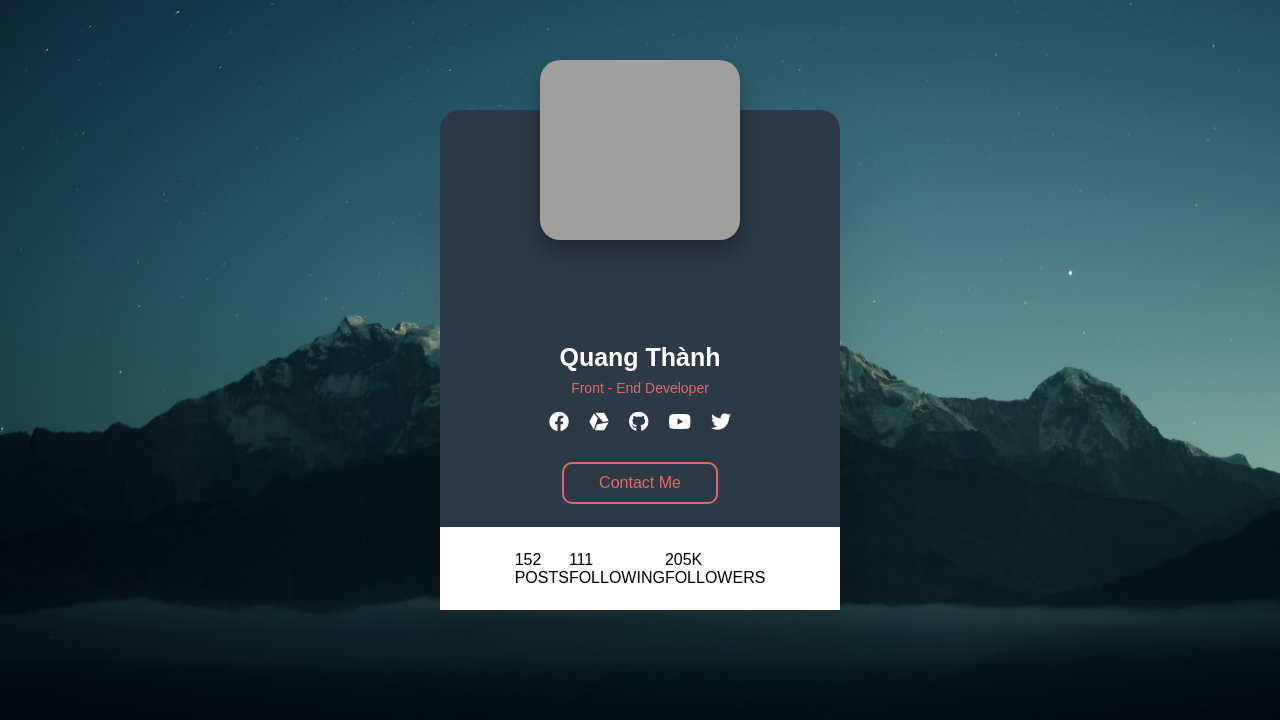
Repository: QuangThanh152/Profile-me
Page: index.html
These files come from the project's save history. The page is drawn as it stood at one moment and after the next save; the edit follows.
The browser window is 1280 px wide. The pictures show the whole page.
Pictures or frames that could not be fetched are drawn as grey boxes.

Above is the page before, as saved 2022-10-07 16:05:15.

### index.html
<!DOCTYPE html>
<html lang="en">
<head>
    <meta charset="UTF-8">
    <meta http-equiv="X-UA-Compatible" content="IE=edge">
    <meta name="viewport" content="width=device-width, initial-scale=1.0">
    <link rel="stylesheet" href="./accets/font/fontawesome-free-6.1.2-web/css/all.min.css">
    <link rel="stylesheet" href="./accets/main.css">
    <title>Profile-QT</title>
</head>
<body>
    <div class="card">
        <div class="card-header">
            <img src="./accets/img/IMG_20220202_135645.jpg" alt="" class="img-me">
        </div>
        <div class="content">
            <div class="name">Quang Thành</div>
            <div class="desc">Front - End Developer</div>
            <div class="SocialNetwork">
                <a href="" class="icon"><i class="fa-brands fa-facebook"></i></a>
                <a href="" class="icon"><i class="fa-brands fa-instalod"></i></i></a>
                <a href="" class="icon"><i class="fa-brands fa-github"></i></i></a>
                <a href="" class="icon"><i class="fa-brands fa-youtube"></i></i></a>
                <a href="" class="icon"><i class="fa-brands fa-twitter"></i></i></a>
            </div>
            <a href="" class="btn-contact">Contact Me</a>
        </div>
        <div class="card-footer">
            <div class="number">
                <div class="item">
                    <span>152</span>
                    Posts
                </div>
            </div>
            <div class="number">
                <div class="item">
                    <span>111</span>
                    Following
                </div>
            </div>
            <div class="number">
                <div class="item">
                    <span>205K</span>
                    Followers
                </div>
            </div>
        </div>
    </div>
</body>
</html>

### accets/main.css
* {
    padding: 0;
    margin: 0;
    box-sizing: border-box;
    font-family: 'Poppins', sans-serif;
    text-decoration: none;
}

body {
    min-height: 100vh;
    background: url(/accets/img/img-big.jpg) no-repeat center;
    background-size: cover;
    display: flex;
    justify-content: center;
    align-items: center;
}

.card {
    position: relative;
    width: 400px;
    /* height: 190px; */
    height: 500px;
    border-radius: 20px;
    background: #2c3a47;
    transition: 0.2s;
    box-shadow: 0 35px 80px rgba(0,0,0,0.15);
    /* overflow: hidden; */
}
.card:hover {
    height: 500px;
}
.card-header {
    position: absolute;
    background: rgb(21, 19, 19);
    left: 50%;
    top: -50px;
    transform: translateX(-50%);
    width: 200px;
    height: 180px;
    border-radius: 20px;
    box-shadow: 0 10px 20px rgba(0,0,0,0.35);
    overflow: hidden;
    transition: 0.3s;
}
.card:hover .card-header {
    width: 250px;
    height: 250px;
    transition: 0.2s;
}
.img-me {
    position: absolute;
    top: 0;
    left: 0;
    width: 100%;
    height: 100%;
    object-fit: cover;
}
.content {
    position: absolute;
    top: 45%;
    text-align: center;
    align-items: center;
    left: 50%;
    transform: translateX(-50%);
}
.name {
    font-size: 25px;
    font-weight: 600;
    padding: 8px;
    color: #fff;
}
.desc {
    font-size: 14px;
    padding: 0 0 15px 0;
    color: #e66767;
}
.SocialNetwork {
    display: flex;
    justify-content: center;
    margin: 0 0 18px 0;
}
.SocialNetwork a{
    font-size: 20px;
    color: white;
    padding: 0 10px 0;
}
.SocialNetwork a:hover {
    color: #e66767;
}

.btn-contact {
    display: inline-block;
    font-size: 16px;
    padding: 10px 35px;
    border: 2px solid #e66767;
    border-radius: 10px;
    color: #e66767;
    margin-top: 10px;
}
.btn-contact:hover {
    background-color: #e66767;
    color: #f2f2f2;
}
.card-footer{
    position: absolute;
    display: flex;
    justify-content: center;
    align-items: center;
    bottom: 0;
    background: #fff;
    width: 100%;
    height: 83px;
}
.number{
    display: flex;
    align-items: center;
}
.item{
    flex: 1;
    justify-content: space-between;

    text-transform: uppercase;
}
.item span {
    display: block;
}

Loaded but not shown: accets/font/fontawesome-free-6.1.2-web/css/all.min.css (library)

After the next save:
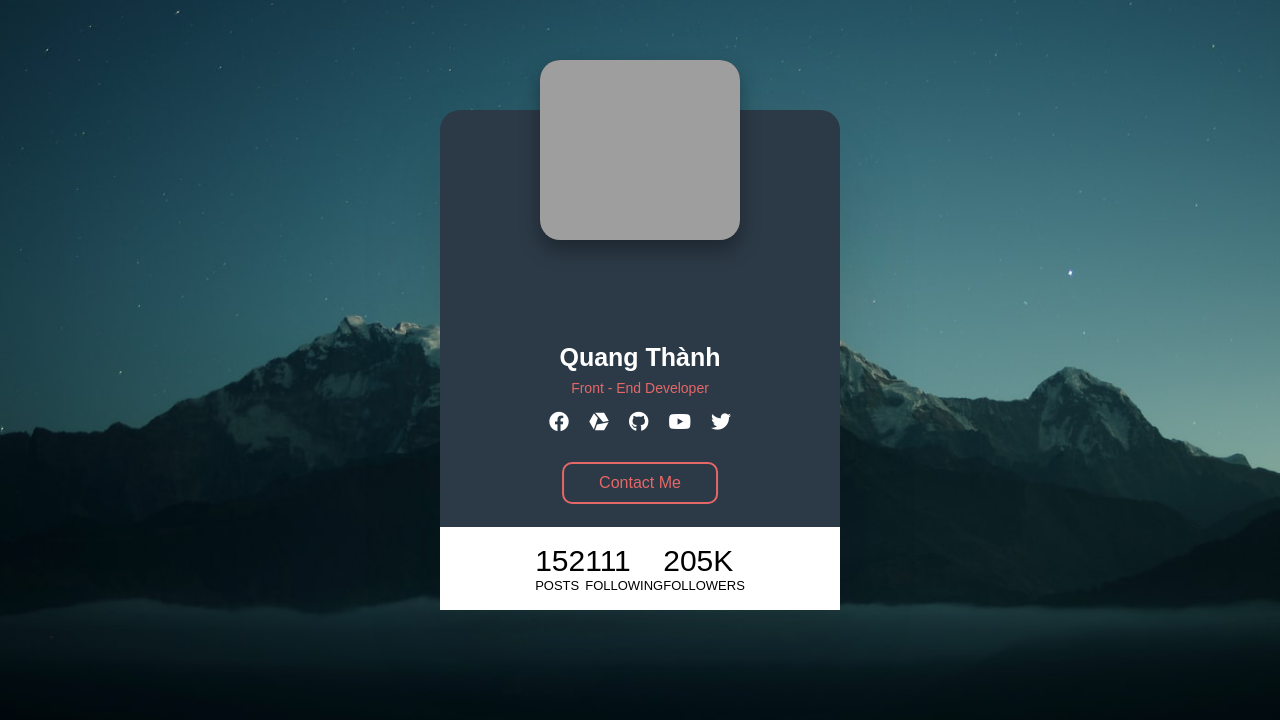
Saved 40 s later.
--- a/accets/main.css
+++ b/accets/main.css
@@ -117,10 +117,10 @@ body {
 }
 .item{
     flex: 1;
-    justify-content: space-between;
-
+    font-size: 13px;
     text-transform: uppercase;
 }
 .item span {
     display: block;
+    font-size: 30px;
 }
